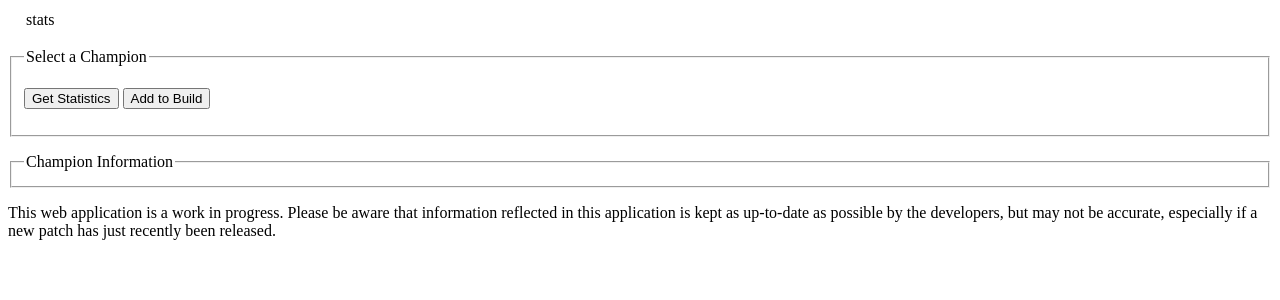
Repository: spencer-carver/lol-db
Page: LOLdb/war/index.html
The author's editor kept a copy of each file at every save. The page is drawn from the files as they stood at one save, then again after the next save.
The browser window is 1280 px wide. The pictures show the whole page.
After loading, the first visible `#addToBuild` was clicked once.
The page's requests for data from a server got no answer. Some web libraries are served in a nearby version.

Above is the page before, as saved 2013-01-31 18:17:43.

### LOLdb/war/index.html
<html>
<head>
    <title>League of Legends Theorycraft Tool</title>

    <link href="http://ajax.googleapis.com/ajax/libs/jqueryui/1.8/themes/base/jquery-ui.css" rel="stylesheet" type="text/css" />

    <script src="http://ajax.googleapis.com/ajax/libs/jquery/1.7.2/jquery.js" type="text/javascript"></script>
    <script src="http://ajax.googleapis.com/ajax/libs/jqueryui/1.8/jquery-ui.min.js" type="text/javascript"></script>
    <script type="text/javascript" src="app.js"></script>

</head>
<body>
	<table>
		<tr>
			<td width="30%"><div id="champion_icon"></div></td><td width="70%">stats</td>
		</tr>
	</table>
 	<form id="get_champion_dropdown">
    </form>
    <form id="get_champion_info">
        <fieldset>
            <legend>Select a Champion</legend>

                <p>
                    <div id="championDropdown"></div>
                </p>
                <p>
                    <input id="myButton" type="button" value="Get Statistics" />
                    <input id="addToBuild" type="button" value="Add to Build" />
                </p>
        </fieldset>
    </form>
    <div id="Results">
        <fieldset>
            <legend>Champion Information</legend>
                 <div id="info_pane"></div>
        </fieldset>
    </div>
<footer>
  <p>This web application is a work in progress.  Please be aware that information reflected in this application is kept as up-to-date as possible
  by the developers, but may not be accurate, especially if a new patch has just recently been released.</p>
  <p><time pubdate datetime="2013-01-31"></time></p>
</footer>
</body>
</html>

### LOLdb/war/app.js
$(document).ready(function() {

	//get the form data and then serialize that
    dataString = $("#get_champion_dropdown").serialize();

    //make the AJAX request, dataType is set to json
    //meaning we are expecting JSON data in response from the server
    $.ajax({
        type: "POST",
        url: "ChampionNames",
        data: "",
        dataType: "json",

        //if received a response from the server
        success: function( data, textStatus, jqXHR) {
            //our country code was correct so we have some information to display
             if(data.success){
                 $("#championDropdown").html("");
                 var temp = "<select id=\"champion_select\">";
                 for (var i = 0; i < 110; i++) {
                	 temp = temp + "<option>" + data.championNames[i] + "</option>";
                 }
                 temp += "</select>";
                 $("#championDropdown").append(temp);
             }
             //display error message
             else {
                 $("#championDropdown").html("<div><b>An Error has occurred retrieving the list of Champions.</b></div>");
             }
        },

        //If there was no resonse from the server
        error: function(jqXHR, textStatus, errorThrown){
             console.log("Something really bad happened " + textStatus);
              $("#championDropdown").html(jqXHR.responseText);
        },

        //capture the request before it was sent to server
        beforeSend: function(jqXHR, settings){
            //adding some Dummy data to the request
            settings.data += "&dummyData=whatever";
            //disable the button until we get the response
            $('#myButton').attr("disabled", true);
        },

        //this is called after the response or error functions are finsihed
        //so that we can take some action
        complete: function(jqXHR, textStatus){
            //enable the button
            $('#myButton').attr("disabled", false);
        }

    });

    //Stops the submit request
    $("#get_champion_info").submit(function(e){
           e.preventDefault();
    });

    //checks for the button click event
    $("#addToBuild").click(function(e) {
    	$("#champion_image").html("");
    	$("#champion_image").append("image load");
    });

    //checks for the button click event
    $("#myButton").click(function(e){

            //get the form data and then serialize that
            dataString = $("#get_champion_info").serialize();

            //get the form data using another method
            var championName = $("#champion_select option:selected").text();
            dataString = "championName=" + championName;

            //make the AJAX request, dataType is set to json
            //meaning we are expecting JSON data in response from the server
            $.ajax({
                type: "POST",
                url: "ChampionInfo",
                data: dataString,
                dataType: "json",

                //if received a response from the server
                success: function( data, textStatus, jqXHR) {
                    //our country code was correct so we have some information to display
                     if(data.success){
                         $("#info_pane").html("");
                         $("#info_pane").append("<img src=\"" + data.championInfo.mImagePath + "\"></img><br/>");
                         $("#info_pane").append("<b>Champion Name:</b> " + data.championInfo.mName + "<br/>");
                         $("#info_pane").append("<b>Health:</b> " + data.championInfo.mHealth + "<br/>");
                         $("#info_pane").append("<b>Health Per Level:</b> " + data.championInfo.mHealthPerLevel + "<br/>");
                         $("#info_pane").append("<b>Health Regen:</b> " + data.championInfo.mHealthRegen + "<br/>");
                         $("#info_pane").append("<b>Health Regen Per Level:</b> " + data.championInfo.mHealthRegenPerLevel + "<br/>");
                         $("#info_pane").append("<b>Mana:</b> " + data.championInfo.mMana + "<br/>");
                         $("#info_pane").append("<b>Mana Per Level:</b> " + data.championInfo.mManaPerLevel + "<br/>");
                         $("#info_pane").append("<b>Mana Regen:</b> " + data.championInfo.mManaRegen + "<br/>");
                         $("#info_pane").append("<b>Mana Regen Per Level:</b> " + data.championInfo.mManaRegenPerLevel + "<br/>");
                         $("#info_pane").append("<b>Damage:</b> " + data.championInfo.mDamage + "<br/>");
                         $("#info_pane").append("<b>Damage Per Level:</b> " + data.championInfo.mDamagePerLevel + "<br/>");
                         $("#info_pane").append("<b>Attack Speed:</b> " + data.championInfo.mAttackSpeed + "<br/>");
                         $("#info_pane").append("<b>Attack Speed Per Level:</b> " + data.championInfo.mAttackSpeedPerLevel + "<br/>");
                         $("#info_pane").append("<b>Armor:</b> " + data.championInfo.mArmor + "<br/>");
                         $("#info_pane").append("<b>Armor Per Level:</b> " + data.championInfo.mArmorPerLevel + "<br/>");
                         $("#info_pane").append("<b>Magic Resist:</b> " + data.championInfo.mMagicResist + "<br/>");
                         $("#info_pane").append("<b>Magic Resist Per Level:</b> " + data.championInfo.mMagicResistPerLevel + "<br/>");
                         $("#info_pane").append("<b>Movement Speed:</b> " + data.championInfo.mMoveSpeed + "<br/>");
                         $("#info_pane").append("<b>Attack Range:</b> " + data.championInfo.mAttackRange+ "<br/>");
                     }
                     //display error message
                     else {
                    	 $("#info_pane").html("<div><b>Champion Information could not be found.</b></div>");
                     }
                },

                //If there was no resonse from the server
                error: function(jqXHR, textStatus, errorThrown){
                     console.log("Something really bad happened " + textStatus);
                     $("#info_pane").html(jqXHR.responseText);
                },

                //capture the request before it was sent to server
                beforeSend: function(jqXHR, settings){
                    //adding some Dummy data to the request
                    settings.data += "&dummyData=whatever";
                    //disable the button until we get the response
                    $('#myButton').attr("disabled", true);
                },

                //this is called after the response or error functions are finsihed
                //so that we can take some action
                complete: function(jqXHR, textStatus){
                    //enable the button
                    $('#myButton').attr("disabled", false);
                }

            });
    });
});

After the next save:
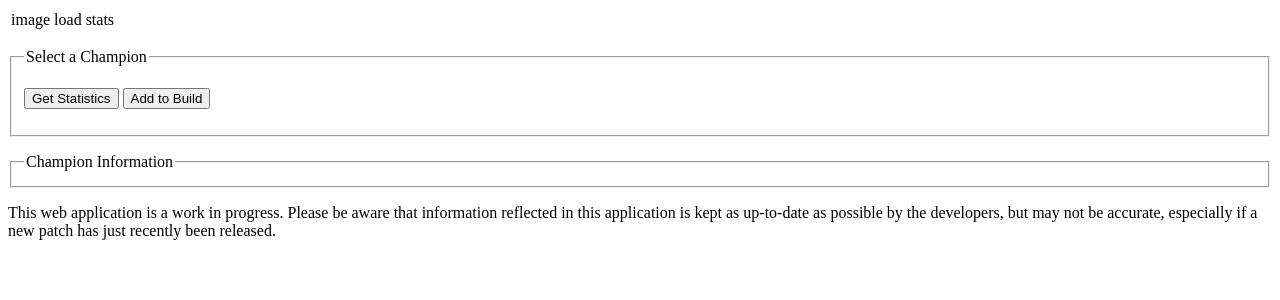
Saved 72 s later.
--- a/LOLdb/war/app.js
+++ b/LOLdb/war/app.js
@@ -59,8 +59,8 @@ $(document).ready(function() {
 
     //checks for the button click event
     $("#addToBuild").click(function(e) {
-    	$("#champion_image").html("");
-    	$("#champion_image").append("image load");
+    	$("#champion_icon").html("");
+    	$("#champion_icon").append("image load");
     });
 
     //checks for the button click event
